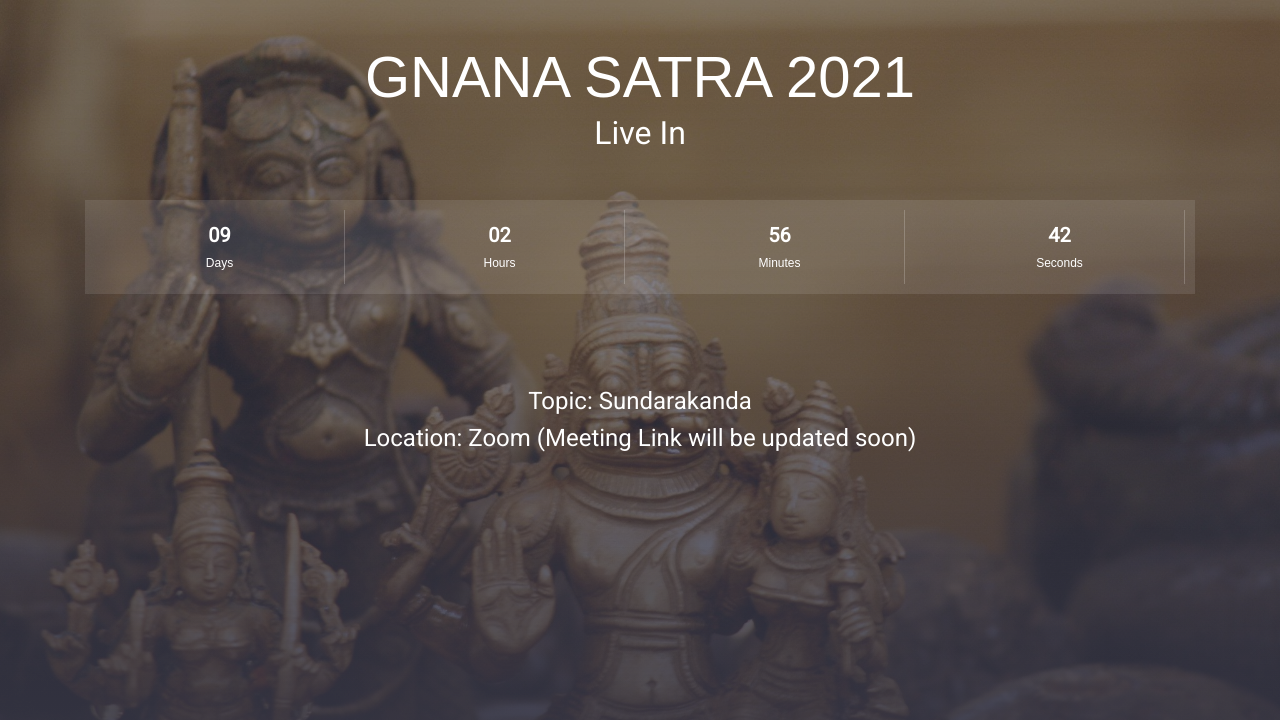
Repository: anirudhbichal/gs
Page: /
These files come from the project's save history. The page is drawn as it stood at one moment and after the next save; the edit follows.
The browser window is 1280 px wide. The pictures show the whole page.
Some web fonts or font styles are not loaded; a fallback is used. The project was rebuilt for these pictures with package versions that can differ from the ones it lists, and the page was loaded fresh each time.

Above is the page before, as saved 2021-05-17 18:54:56.

After the next save:
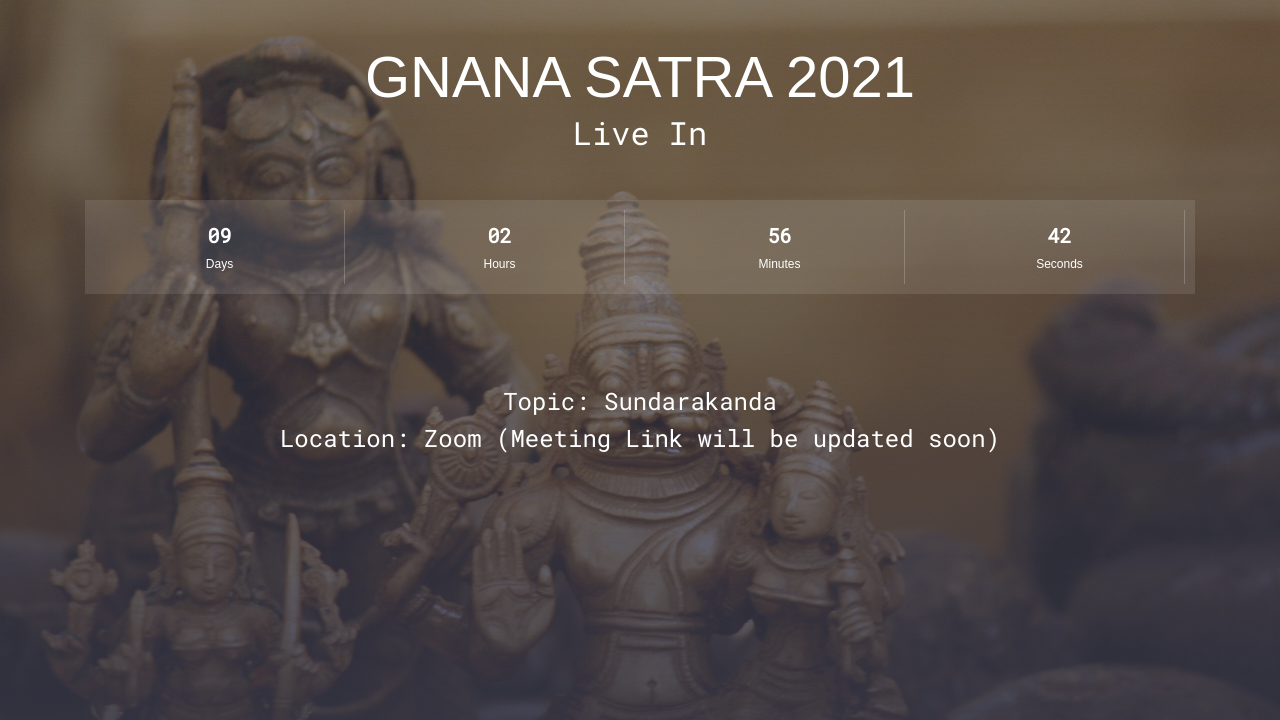
Saved 58 s later.
--- a/src/App.css
+++ b/src/App.css
@@ -1,9 +1,9 @@
-@import url("https://fonts.googleapis.com/css?family=Roboto&display=swap");
+@import url("https://fonts.googleapis.com/css?family=Roboto+Mono&display=swap");
 @import url('https://fonts.cdnfonts.com/css/samarkan');
 
 body {
   color: #fff;
-  font-family: "Roboto", sans-serif;
+  font-family: "Roboto Mono", sans-serif;
   background-image: url('gs-bg.jpg');
   background-repeat: no-repeat;
   background-size: cover;
